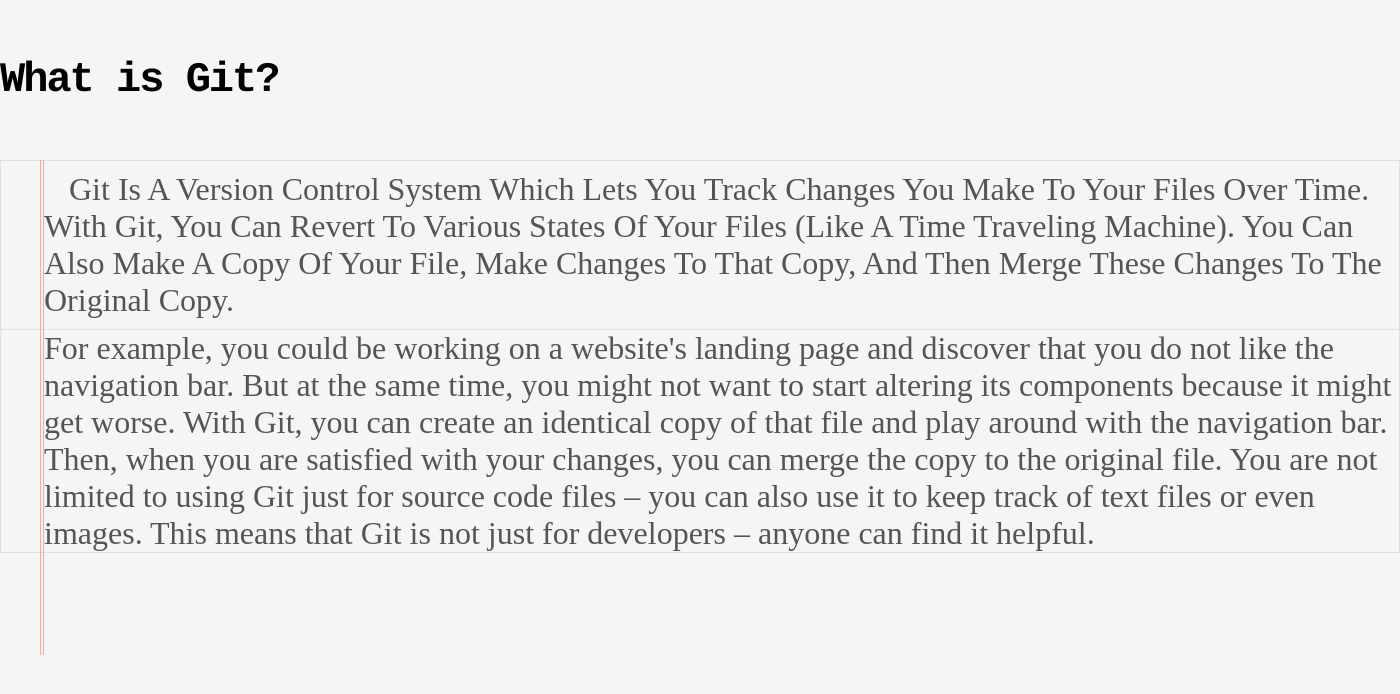
Repository: dev-singh-kanyal/Archive-git_github
Page: src/what is git.html
An editor plug-in stored every save of this project. The page is shown before and after a run of saves, followed by the edit.
The browser window is 1280 px wide. The page is 1400 px wide, so the pictures cover 1400 px, including what lies to the right of the window. The pictures show the whole page.
Some web fonts or font styles are not loaded; a fallback is used.

Above is the page before, as saved 2022-06-24 16:22:18.

After the next 4 saves:
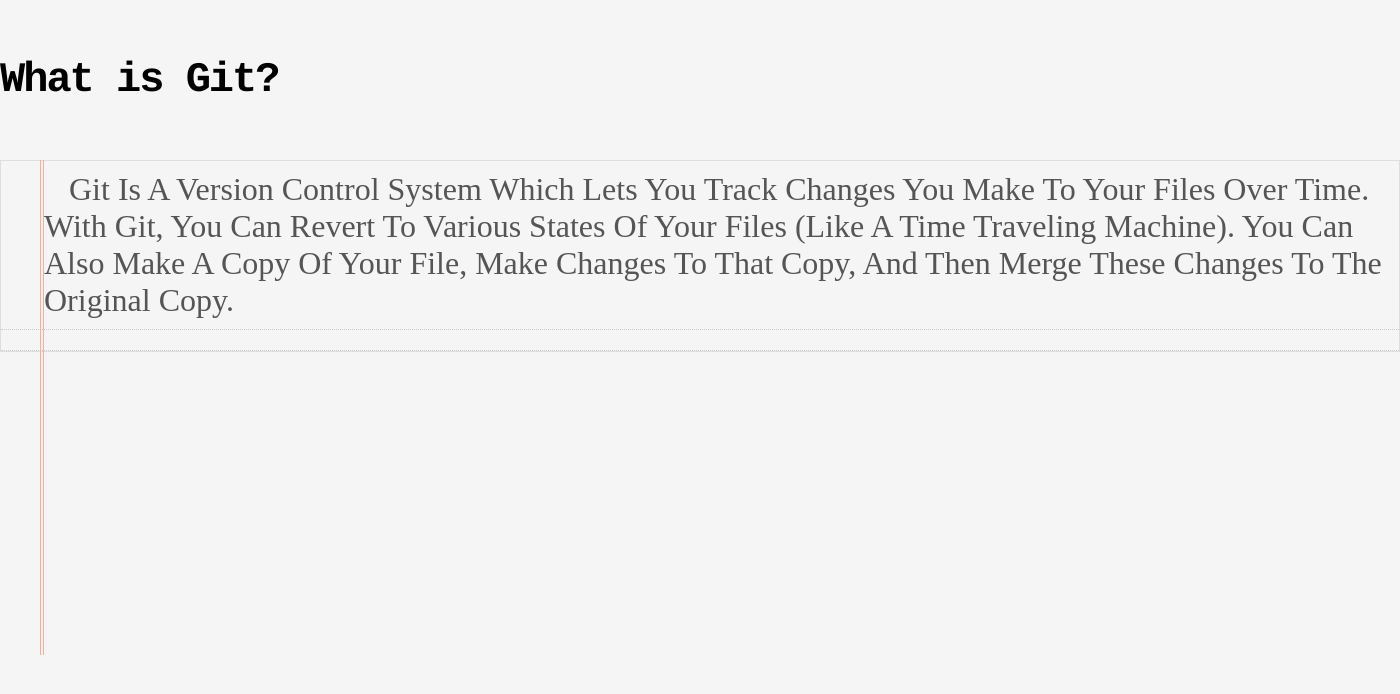
The 4 saves are shown as one change because they came seconds apart.
The last was saved 10 s later.
--- a/src/what is git.html
+++ b/src/what is git.html
@@ -16,9 +16,7 @@
 
     <ul class="list">
       <li>Git is a version control system which lets you track changes you make to your files over time. With Git, you can revert to various states of your files (like a time traveling machine). You can also make a copy of your file, make changes to that copy, and then merge these changes to the original copy.</li>
-
-
-        For example, you could be working on a website's landing page and discover that you do not like the navigation bar. But at the same time, you might not want to start altering its components because it might get worse.
+      <li example, you could be working on a website's landing page and discover that you do not like the navigation bar. But at the same time, you might not want to start altering its components because it might get worse.
 
         With Git, you can create an identical copy of that file and play around with the navigation bar. Then, when you are satisfied with your changes, you can merge the copy to the original file.
 
